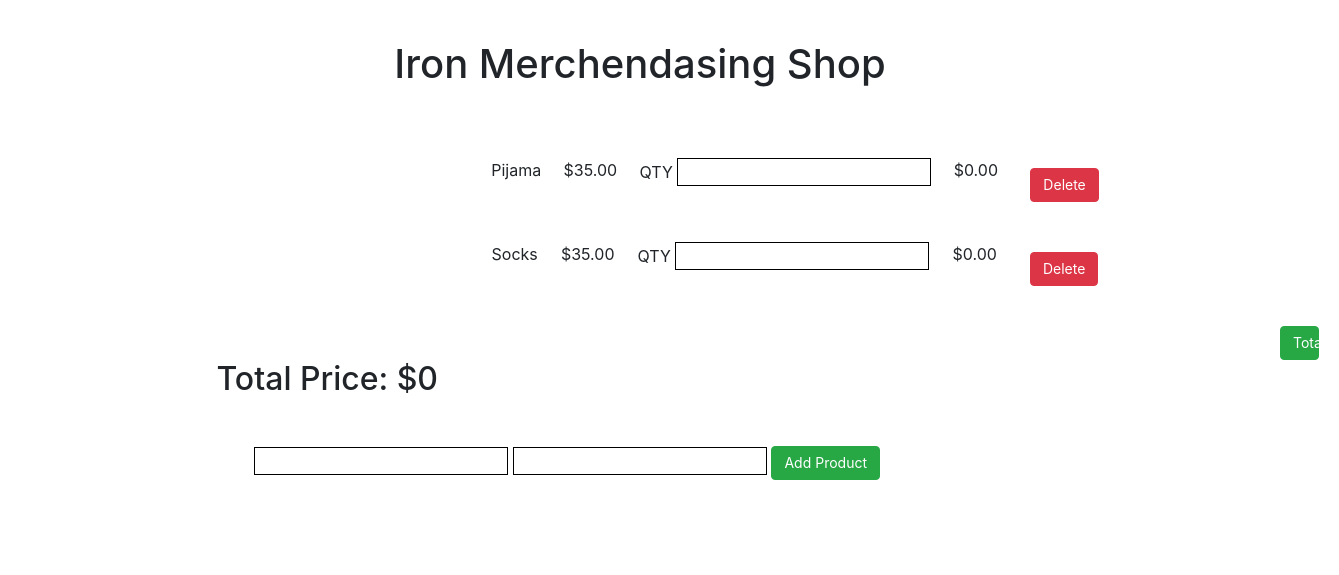
Repository: konstantin0s/lab-cart-DOM
Page: index.html
An editor plug-in stored every save of this project. The page is shown before and after the next save, followed by the edit.
The browser window is 1280 px wide. The page is 1325 px wide, then 1339 px, so the pictures cover 1339 px, including what lies to the right of the window. The pictures show the whole page.
Some web libraries are served in a nearby version.

Above is the page before, as saved 2019-02-04 09:48:45.
Console error: TypeError: Cannot set properties of null (setting 'onclick')

After the next save:
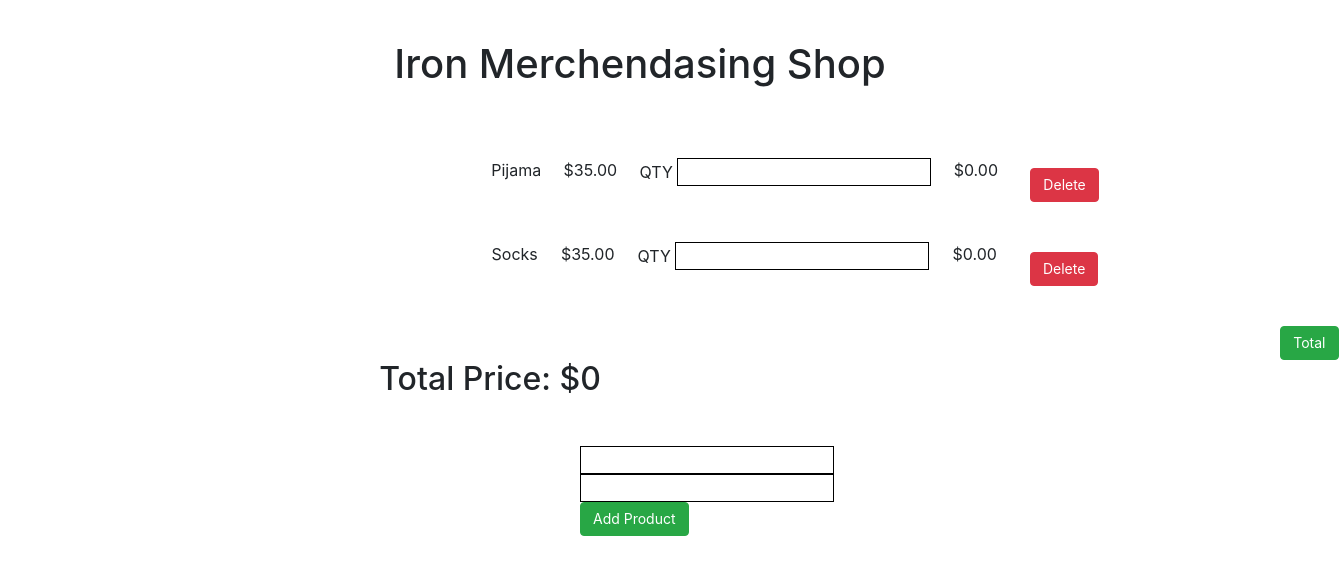
Saved 8 s later.
--- a/css/style.css
+++ b/css/style.css
@@ -133,7 +133,7 @@ input {
   float: right;
   left: -400px;
   top: 130px;
-  /* width: 300px; */
+  width: 300px;
   display: inline-block;
 }
 /*
